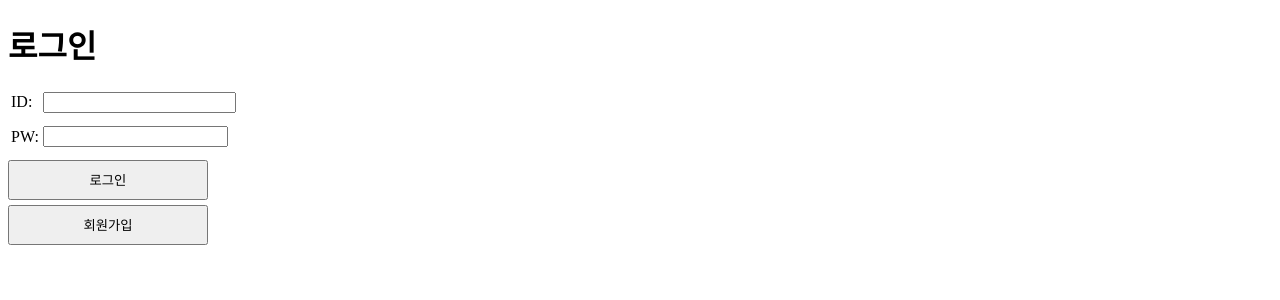
Repository: euniiee/test11
Page: http://localhost/Project/Login.jsp
The author's editor kept a copy of each file at every save. The page is drawn from the files as they stood at one save, then again after the next save.
The browser window is 1280 px wide. The pictures show the whole page.
The page is served by Tomcat 9.

Above is the page before, as saved 2023-02-01 01:24:03.

After the next save:
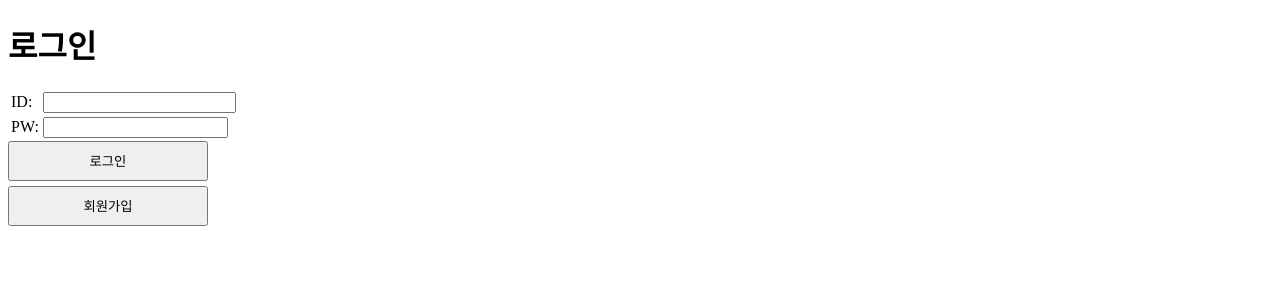
Saved 15 s later.
--- a/Project/WebContent/Login.jsp
+++ b/Project/WebContent/Login.jsp
@@ -19,7 +19,7 @@
 				<td><input style="width:100%"type="text" class="id" name="id"  required></td>
 			</tr>
 			<tr>
-				<td style="width:100%;  height:40px;">PW:</td>
+				<td>PW:</td>
 				<td><input type="password" class="pw" name="pw" required></td>
 			</tr>
 		</table>
